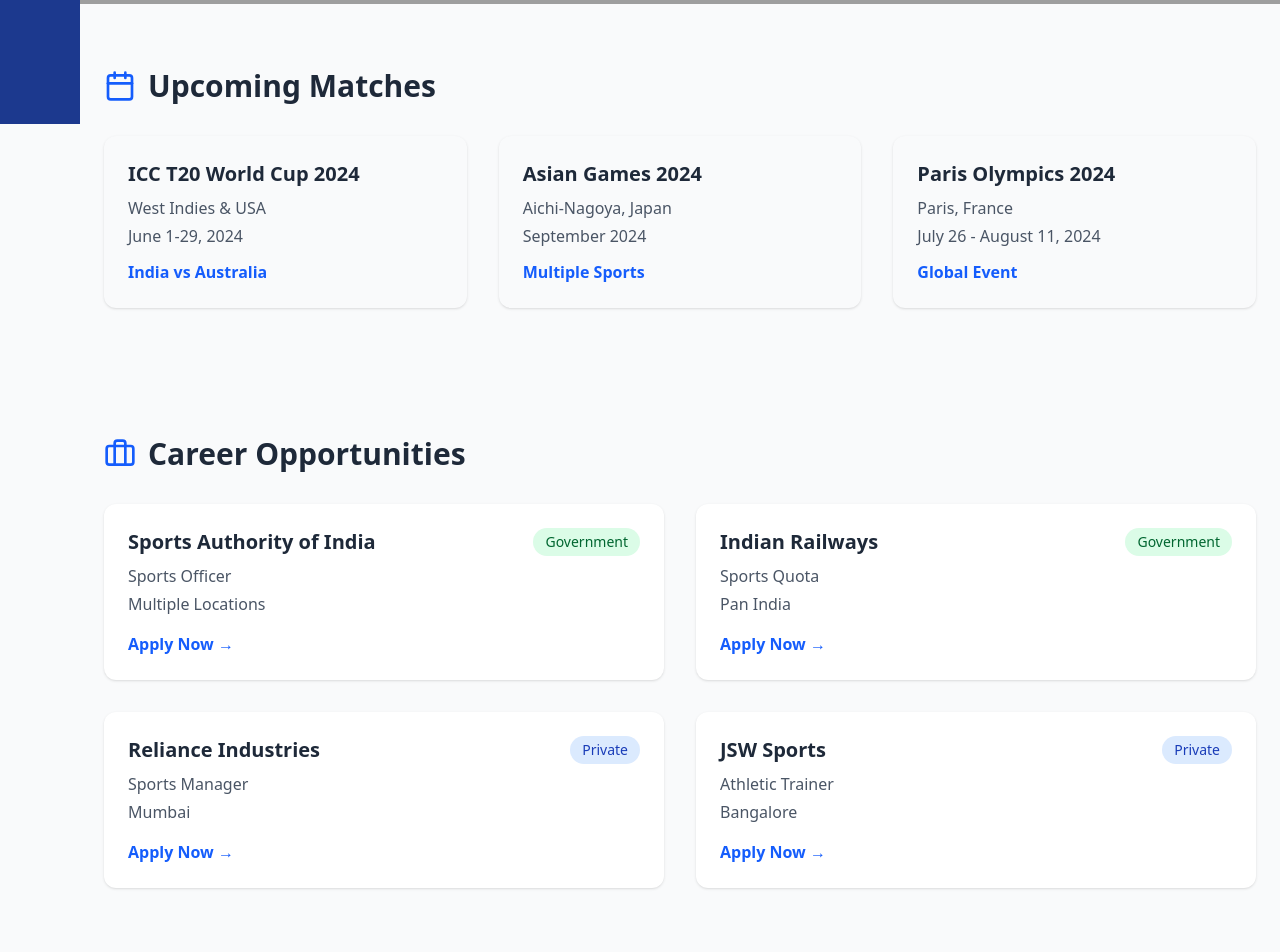
Repository: Shovon0004/Athlete
Page: / (app in Athlete/)
An editor plug-in stored every save of this project. The page is shown before and after the next save, followed by the edit.
The browser window is 1280 px wide. The pictures show the part of the page from y = 596 to 1548 px (the page is 1548 px tall).
Pictures or frames that could not be fetched are drawn as grey boxes. The project was rebuilt for these pictures with package versions that can differ from the ones it lists, and the page was loaded fresh each time. Also part of the build but not shown: Athlete/vite.config.js.

Above is the page before, as saved 2025-01-26 11:02:06.

### Athlete/src/App.jsx
import { useState } from 'react'
import SideNavbar from './components/SideNavbar'
import HeroPage from './components/HeroPage'

import './App.css'

function App() {


  return (
    <>
      <SideNavbar />
      <HeroPage />
    </>
  )
}

export default App

### Athlete/src/components/SideNavbar.jsx
import React, { useState } from 'react';
import {
  Home,
  User,
  BarChart2,
  Shield,
  DollarSign,
  Menu
} from 'lucide-react';

const SideNavbar = () => {
  const [isExpanded, setIsExpanded] = useState(false);

  const navItems = [
    { icon: Home, label: 'Dashboard', href: '/' },
    { icon: User, label: 'Athletes', href: '/athletes' },
    { icon: BarChart2, label: 'Performance', href: '/performance' },
    { icon: Shield, label: 'Injuries', href: '/injuries' },
    { icon: DollarSign, label: 'Financial', href: '/financial' }
  ];

  return (
    <div
      className={`h-screen bg-blue-900 text-white transition-all duration-300
        ${isExpanded ? 'w-64' : 'w-20'} fixed left-0 top-0 z-50`}
    >
      <div className="flex flex-col h-full">
        {/* Logo & Toggle */}
        <div className="flex items-center justify-between p-4 border-b border-blue-700">
          {isExpanded && (
            <div className="text-xl font-bold">Athlete Hub</div>
          )}
          <button
            onClick={() => setIsExpanded(!isExpanded)}
            className="hover:bg-blue-700 p-2 rounded"
          >
            <Menu />
          </button>
        </div>

        {/* Navigation Items */}
        <nav className="flex-grow mt-4">
          <ul className="space-y-2">
            {navItems.map((item, index) => (
              <li key={index}>
                <a
                  href={item.href}
                  className={`flex items-center p-3 hover:bg-blue-700
                    ${isExpanded ? 'justify-start px-6' : 'justify-center'}`}
                >
                  <item.icon className="mr-4" />
                  {isExpanded && <span>{item.label}</span>}
                </a>
              </li>
            ))}
          </ul>
        </nav>
      </div>
    </div>
  );
};

export default SideNavbar;

### Athlete/src/components/HeroPage.jsx
import React from 'react';
import { ChevronLeft, ChevronRight, Medal, Calendar, Briefcase } from 'lucide-react';

const schemes = [
  {
    title: "Khelo India Youth Games",
    description: "Supporting young athletes with annual scholarships of ₹5 lakhs",
    image: "https://images.unsplash.com/photo-1461896836934-ffe607ba8211?auto=format&fit=crop&q=80&w=2070"
  },
  {
    title: "Target Olympic Podium Scheme (TOPS)",
    description: "Elite athlete support program for Olympic preparation",
    image: "https://www.manoramayearbook.in/content/dam/yearbook/learn/world/images/2020/mar/Olympics-2021.jpg"
  },
  {
    title: "National Sports Development Fund",
    description: "Financial assistance for sports infrastructure and training",
    image: "https://images.unsplash.com/photo-1517649763962-0c623066013b?auto=format&fit=crop&q=80&w=2070"
  }
];

const upcomingMatches = [
  {
    event: "ICC T20 World Cup 2024",
    location: "West Indies & USA",
    date: "June 1-29, 2024",
    teams: "India vs Australia"
  },
  {
    event: "Asian Games 2024",
    location: "Aichi-Nagoya, Japan",
    date: "September 2024",
    teams: "Multiple Sports"
  },
  {
    event: "Paris Olympics 2024",
    location: "Paris, France",
    date: "July 26 - August 11, 2024",
    teams: "Global Event"
  }
];

const jobOpportunities = [
  {
    company: "Sports Authority of India",
    position: "Sports Officer",
    type: "Government",
    location: "Multiple Locations"
  },
  {
    company: "Indian Railways",
    position: "Sports Quota",
    type: "Government",
    location: "Pan India"
  },
  {
    company: "Reliance Industries",
    position: "Sports Manager",
    type: "Private",
    location: "Mumbai"
  },
  {
    company: "JSW Sports",
    position: "Athletic Trainer",
    type: "Private",
    location: "Bangalore"
  }
];

function HeroPage() {
  const [currentScheme, setCurrentScheme] = React.useState(0);

  const nextScheme = () => {
    setCurrentScheme((prev) => (prev + 1) % schemes.length);
  };

  const prevScheme = () => {
    setCurrentScheme((prev) => (prev - 1 + schemes.length) % schemes.length);
  };

  return (
    <div className="min-h-screen bg-gray-50 pl-20 dark:bg-gray-900">
      {/* Hero Section with Schemes Slider */}
      <div className="relative h-[600px] overflow-hidden">
        <div
          className="absolute inset-0 transition-transform duration-500 ease-in-out"
          style={{
            backgroundImage: `url(${schemes[currentScheme].image})`,
            backgroundSize: 'cover',
            backgroundPosition: 'center',
          }}
        >
          <div className="absolute inset-0  bg-opacity-50">
            <div className="container mx-auto px-6 h-full flex items-center">
              <div className="text-white max-w-3xl">
                <h1 className="text-5xl font-bold mb-4">{schemes[currentScheme].title}</h1>
                <p className="text-xl mb-8">{schemes[currentScheme].description}</p>
                <button className="bg-blue-600 hover:bg-blue-700 text-white px-8 py-3 rounded-lg font-semibold">
                  Learn More
                </button>
              </div>
            </div>
          </div>
        </div>
        <button
          onClick={prevScheme}
          className="absolute left-4 top-1/2 -translate-y-1/2 bg-white/30 p-2 rounded-full hover:bg-white/50 transition-colors"
        >
          <ChevronLeft className="w-6 h-6 text-white" />
        </button>
        <button
          onClick={nextScheme}
          className="absolute right-4 top-1/2 -translate-y-1/2 bg-white/30 p-2 rounded-full hover:bg-white/50 transition-colors"
        >
          <ChevronRight className="w-6 h-6 text-white" />
        </button>
      </div>

      {/* Upcoming Matches Section */}
      <section className="py-16 ">
        <div className="container mx-auto px-6">
          <div className="flex items-center mb-8">
            <Calendar className="w-8 h-8 text-blue-600 mr-3" />
            <h2 className="text-3xl font-bold text-gray-800">Upcoming Matches</h2>
          </div>
          <div className="grid md:grid-cols-3 gap-8">
            {upcomingMatches.map((match, index) => (
              <div key={index} className="bg-gray-50 rounded-xl p-6 shadow-sm hover:shadow-md transition-shadow">
                <h3 className="text-xl font-semibold text-gray-800 mb-2">{match.event}</h3>
                <p className="text-gray-600 mb-1">{match.location}</p>
                <p className="text-gray-600 mb-3">{match.date}</p>
                <p className="text-blue-600 font-semibold">{match.teams}</p>
              </div>
            ))}
          </div>
        </div>
      </section>

      {/* Career Opportunities Section */}
      <section className="py-16 bg-gray-50 dark:bg-gray-900">
        <div className="container mx-auto px-6 ">
          <div className="flex items-center mb-8 ">
            <Briefcase className="w-8 h-8 text-blue-600 mr-3" />
            <h2 className="text-3xl font-bold text-gray-800">Career Opportunities</h2>
          </div>
          <div className="grid md:grid-cols-2 gap-8 ">
            {jobOpportunities.map((job, index) => (
              <div key={index} className="bg-white rounded-xl p-6 shadow-sm hover:shadow-md transition-shadow">
                <div className="flex justify-between items-start">
                  <div>
                    <h3 className="text-xl font-semibold text-gray-800 mb-2">{job.company}</h3>
                    <p className="text-gray-600 mb-1">{job.position}</p>
                    <p className="text-gray-600">{job.location}</p>
                  </div>
                  <span className={`px-3 py-1 rounded-full text-sm font-medium ${
                    job.type === 'Government' ? 'bg-green-100 text-green-800' : 'bg-blue-100 text-blue-800'
                  }`}>
                    {job.type}
                  </span>
                </div>
                <button className="mt-4 text-blue-600 font-semibold hover:text-blue-700">
                  Apply Now →
                </button>
              </div>
            ))}
          </div>
        </div>
      </section>
    </div>
  );
}

export default HeroPage;

Loaded but not shown: Athlete/index.html (common file); Athlete/src/main.jsx (common file); Athlete/src/index.css (common file); Athlete/src/App.css (common file)

After the next save:
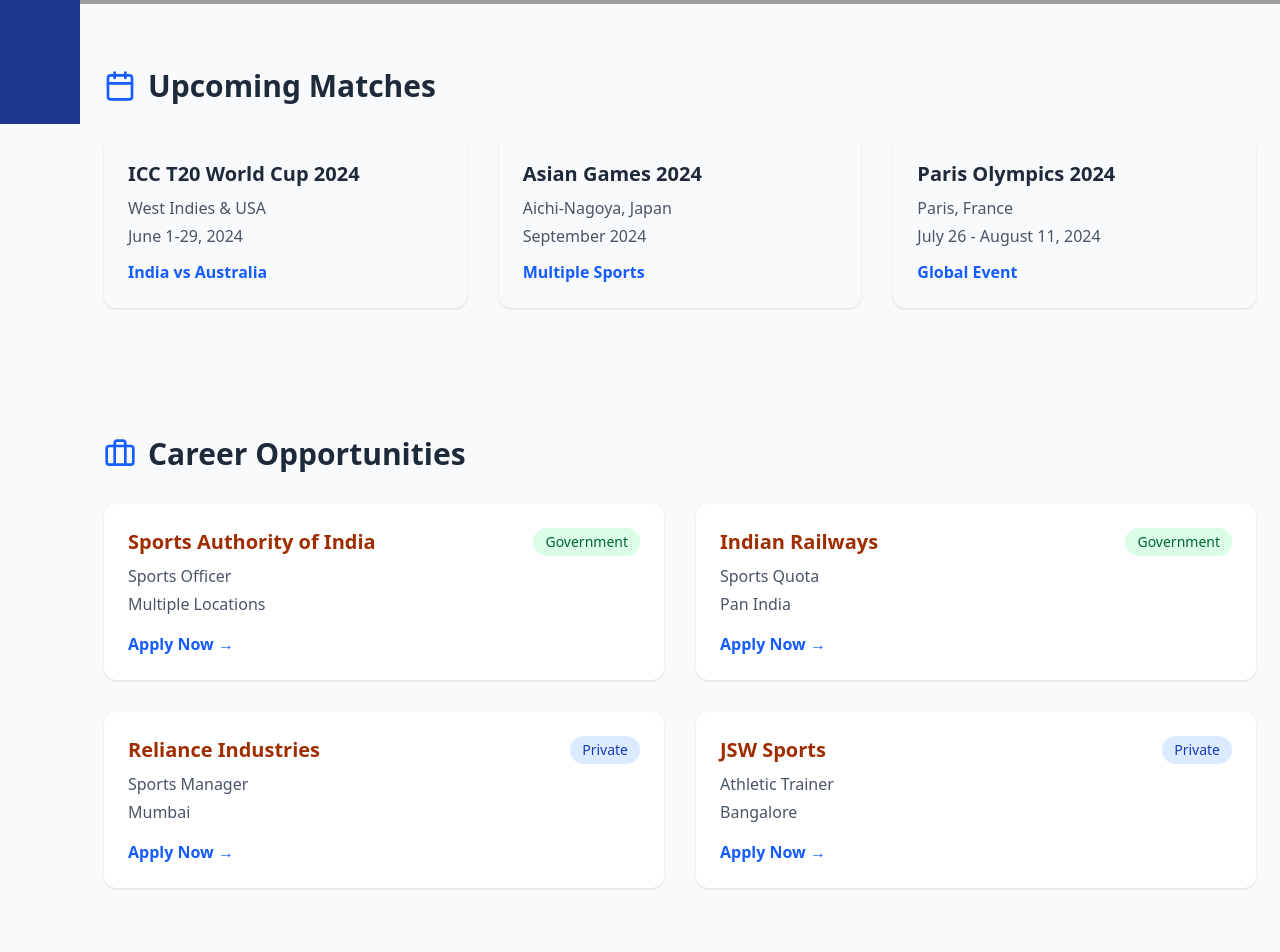
Saved 6 min 40 s later.
--- a/Athlete/src/components/HeroPage.jsx
+++ b/Athlete/src/components/HeroPage.jsx
@@ -148,7 +148,7 @@
               <div key={index} className="bg-white rounded-xl p-6 shadow-sm hover:shadow-md transition-shadow">
                 <div className="flex justify-between items-start">
                   <div>
-                    <h3 className="text-xl font-semibold text-gray-800 mb-2">{job.company}</h3>
+                    <h3 className="text-xl font-semibold text-orange-800 mb-2">{job.company}</h3>
                     <p className="text-gray-600 mb-1">{job.position}</p>
                     <p className="text-gray-600">{job.location}</p>
                   </div>

After the save that followed:
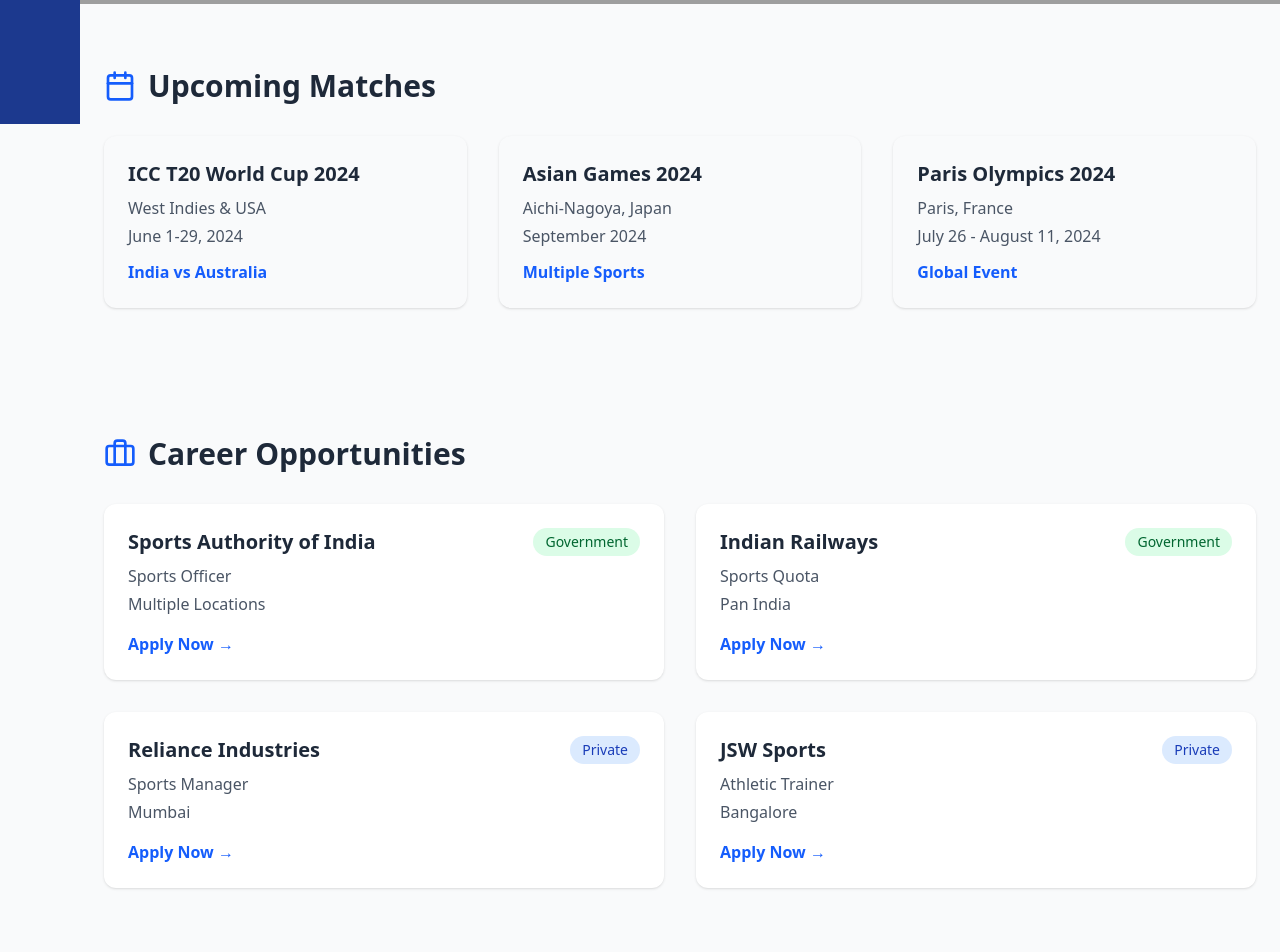
Saved 13 s later.
--- a/Athlete/src/components/HeroPage.jsx
+++ b/Athlete/src/components/HeroPage.jsx
@@ -148,7 +148,7 @@
               <div key={index} className="bg-white rounded-xl p-6 shadow-sm hover:shadow-md transition-shadow">
                 <div className="flex justify-between items-start">
                   <div>
-                    <h3 className="text-xl font-semibold text-orange-800 mb-2">{job.company}</h3>
+                    <h3 className="text-xl font-semibold text-gray-800 mb-2">{job.company}</h3>
                     <p className="text-gray-600 mb-1">{job.position}</p>
                     <p className="text-gray-600">{job.location}</p>
                   </div>
